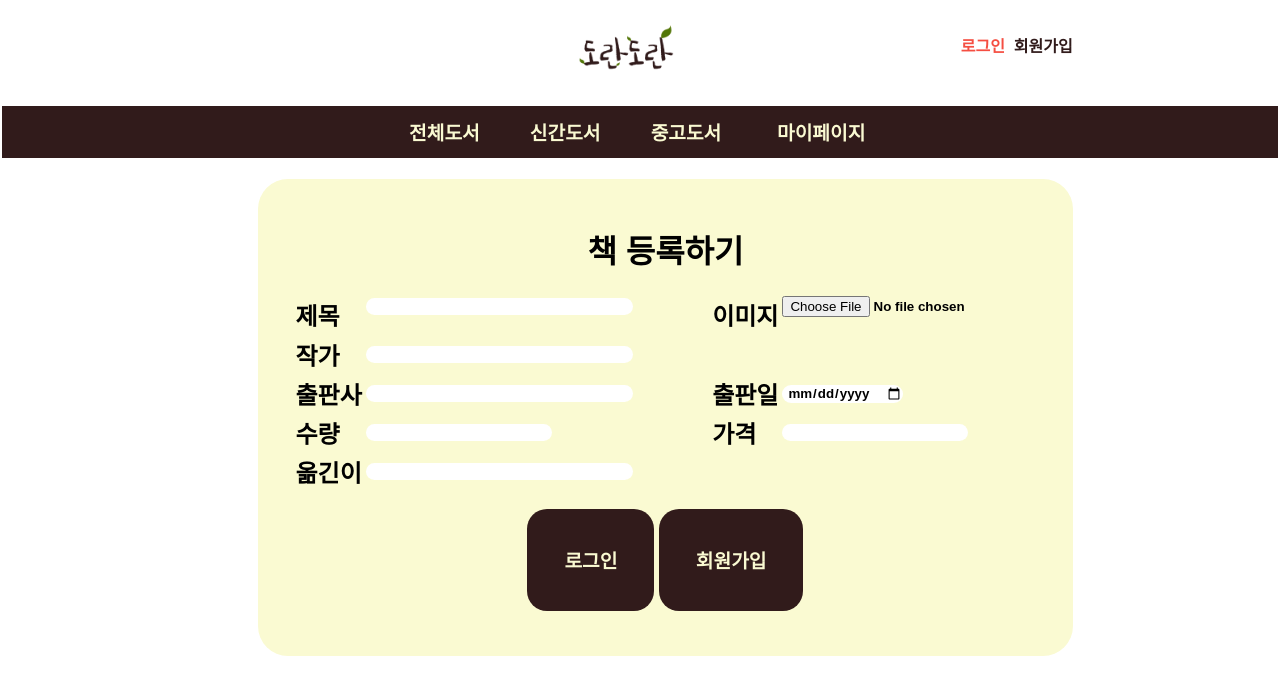
Repository: juhyun110701/DORANDORAN
Page: http://localhost/dorandoran/bookEnroll.jsp
These files come from the project's save history. The page is drawn as it stood at one moment and after the next save; the edit follows.
The browser window is 1280 px wide. The pictures show the whole page.
Some web fonts or font styles are not loaded; a fallback is used. The page is served by Tomcat 9. Other server files are loaded and not shown.

Above is the page before, as saved 2019-07-30 13:58:52.

### dorandoran/WebContent/bookEnroll.jsp
<%@ page language="java" contentType="text/html; charset=utf-8"
    pageEncoding="utf-8"%>
<!DOCTYPE html PUBLIC "-//W3C//DTD HTML 4.01 Transitional//EN" "http://www.w3.org/TR/html4/loose.dtd">
<html>
<head>
<meta http-equiv="Content-Type" content="text/html; charset=utf-8">
<title>책 등록</title>
<link rel="stylesheet" href="css/bookEnroll.css">
<link href="https://fonts.googleapis.com/css?family=Sunflower:300&display=swap" rel="stylesheet">
</head>
<body>
<jsp:include page="top.jsp" flush="false"/><p>
<form name="form" action="loginProc.jsp" method="post">
    <table id="whole">
        <tr>
           <td colspan=3>
               <div id="box" align="center">
                   <h1>책 등록하기</h1>
                   <p/>
                   <table>
                      <tr>
                         	 <td>
                               <font size="5%">제목</font>
                         	 </td>
                         	 <td>
                              <input type="text" name="title" class="text" size=30><p>
                       	   </td>
                      		<td width="10%"></td>
                      		<td>
                               <font size="5%">이미지</font>
                          	</td>
                      		<td>
                              <input type="file" name="file"><p>
                          </td>
                      </tr>
                      <tr>
                            <td>
                                <font size="5%">작가</font>
                            </td>
                            <td>
                                <input type="text" name="writer" class="text" size=30>
                            </td>
                       </tr>
                       <tr>
                            <td>
                                <font size="5%">출판사</font>
                            </td>
                            <td>
                                <input type="text" name="publisher" class="text" size=30>
                            </td>
                            <td width="10%"></td>
                            <td>
                                <font size="5%">출판일</font>
                            </td>
                            <td>
                                <input type="date" name="publish_date" class="text" size=30>
                            </td>
                       <tr>
                            <td>
                                <font size="5%">수량</font>
                            </td>
                            <td>
                                <input type="number" name="stock" class="text" size=30>
                            </td>
                       		<td width="10%"></td>
                            <td>
                                <font size="5%">가격</font>
                            </td>
                            <td>
                                <input type="number" name="price" class="text" size=30>
                            </td>
                       </tr>
                       <tr>
                            <td>
                                <font size="5%">옮긴이</font>
                            </td>
                            <td  colspan=4>
                                <input type="text" name="translator" class="text" size=30>
                            </td>
                       </tr>
                       <tr>
                           <td colspan=5 align="center">
                           	<p>
                           	<input type="button" id="login" class="btn" value="로그인" onclick="check()">
                           	<input type="button" id="signup" class="btn" value="회원가입" onclick="location.href='signup.jsp'">
                           	<p>
                           </td>
                       </tr>
                   </table>

               </div>
           </td>
        </tr>
    </table>
</form>
</body>
</html>

### dorandoran/WebContent/top.jsp
<%@ page language="java" contentType="text/html; charset=UTF-8"
    pageEncoding="UTF-8"%>
<!DOCTYPE html>
<html>
<head>
<meta charset="utf-8">
<title>도란도란</title>
<!--
<link rel="shortcut icon" href="img/logo.png">
<link rel="apple-touch-icon" href="img/logo_apple.png">
-->
<link rel="stylesheet" href="css/index.css">
<link href="https://fonts.googleapis.com/css?family=Sunflower:300&display=swap" rel="stylesheet">
<script>
	function check(){
		alert("로그인 후 이용하실 수 있습니다");
		return ;
	}
</script>
</head>
<body>
    <table id="whole">
        <tr>
            <td width="45%"></td>
            <td width="10%"><a href="index.jsp"><img src="img/logo.png" width="80%"></a></td>
            <td width="45%" style="padding-left:20%;">
            <div id="login"></div>
                		<a href="login.jsp" class="top_menu" style="color:#f54e42;" target="_top">로그인</a>&nbsp;
                		<a href="signup.jsp" class="top_menu" target="_top">회원가입</a><p>
            </td>
        </tr>
        <tr class="menu">
            <td colspan=3>
                <table width="100%" height="50px">
                    <tr>
                       <td width="30%"></td>
                        <td class="menu_in"><a href="index.jsp">전체도서</a></td>
                        <td class="menu_in"><a href="recentBook.jsp">신간도서</a></td>
                        <td class="menu_in"><a href="oldBook.jsp">중고도서</a></td>
                        <td class="menu_in"><a onclick="check()">마이페이지</a></td>
                        <td width="30%"></td>
                    </tr>
                </table></td>
        </tr>
    </table>
</body>
</html>

### dorandoran/WebContent/css/bookEnroll.css
body{
    margin:0;
}

*{
    font-family: 'Sunflower', sans-serif;
    font-weight:bold;
}

#whole{
    width:100%;
    height:100%;
}

a{
    text-decoration: none;
}

#box{
    background-color:lightgoldenrodyellow;
    border-radius:30px;
    width:60%;
    margin-left: 20%;
    padding:2%;
}

.text{
	border-radius:10px;
	border:0;
	outline:0;
	padding-left:5px;
}

.btn{
	background-color:#311b1b;
	color:lightgoldenrodyellow;
	border-radius:20px;
	border:0;
	outline:0;
	padding:5%;
	font-size:120%;
}

### dorandoran/WebContent/css/index.css
body{
    margin:0;
}

*{
    font-family: 'Sunflower', sans-serif;
    font-weight:bold;
}

#whole{
    width:100%;
    height:100%;
}

a{
    text-decoration: none;
}

.top_menu{
    color:#311b1b;
}

.top_menu:hover{
    color:#ed6853;
}

.menu{
    background-color:#311b1b;
    text-align:center;
    font-size:120%;
}

.menu_in a{
    color:lightgoldenrodyellow;
    width:10%;
}

.menu_in a:hover{
    color:#ed6853;
}

After the next save:
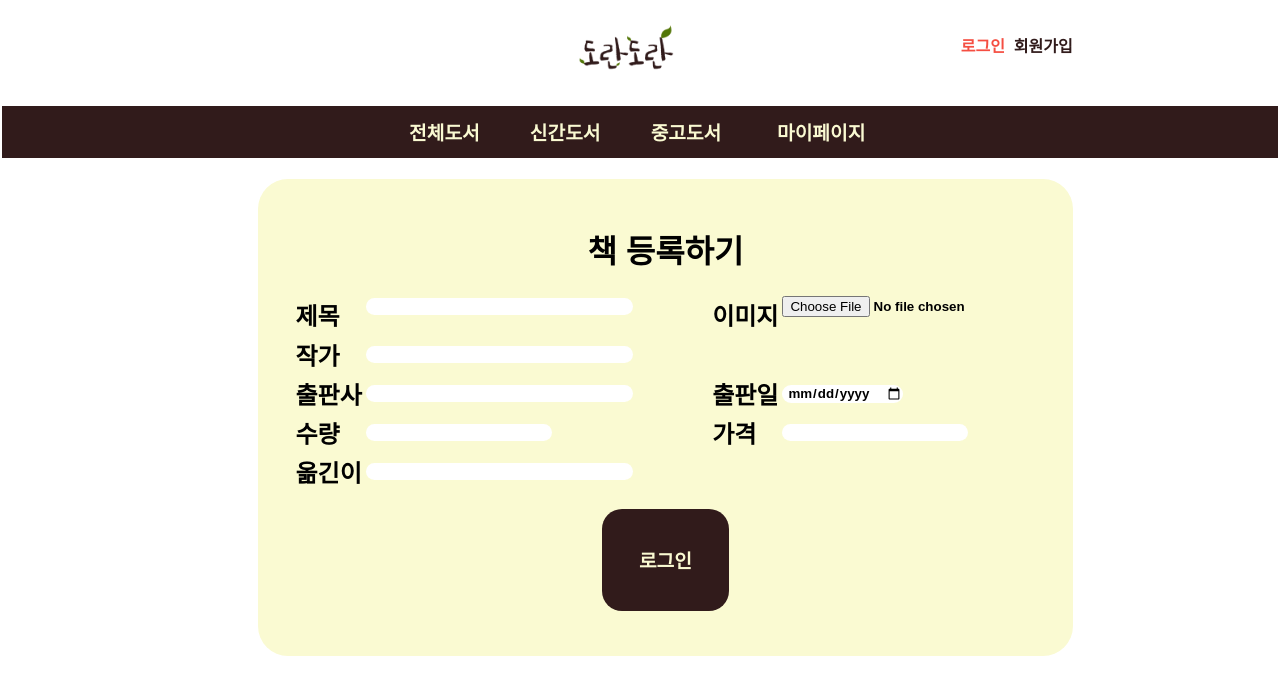
Saved 20 s later.
--- a/dorandoran/WebContent/bookEnroll.jsp
+++ b/dorandoran/WebContent/bookEnroll.jsp
@@ -82,7 +82,6 @@
                            <td colspan=5 align="center">
                            	<p>
                            	<input type="button" id="login" class="btn" value="로그인" onclick="check()">
-                           	<input type="button" id="signup" class="btn" value="회원가입" onclick="location.href='signup.jsp'">
                            	<p>
                            </td>
                        </tr>
